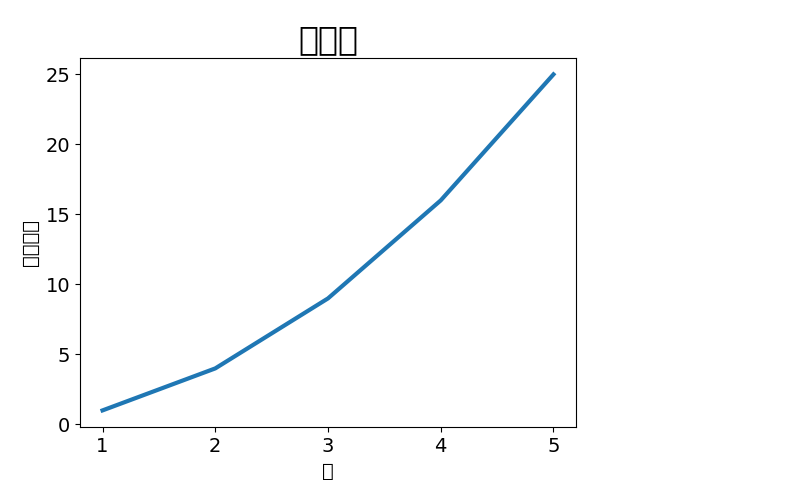
Repository: wh-debug/Matplotlib
Script's output: python make_simply_ployline.py
The author's editor kept a copy of each file at every save. The script's output is drawn from the files as they stood at one save, then again after the next save.
Random numbers start from a fixed seed.

Above is the script's output before, as saved 2021-02-19 21:46:32.

### make_simply_ployline.py
'''
Author: 零到正无穷
Date: 2021-02-19 21:20:37
LastEditTime: 2021-02-19 21:46:32
LastEditors: Please set LastEditors
Description: In User Settings Edit
FilePath: \Matplotlib\make_simply_ployline.py
'''
import matplotlib.pyplot as plt

input_values = [1, 2, 3, 4, 5]
square = [1, 4, 9, 16, 25]
fig, ax = plt.subplots()
ax.plot(input_values, square, linewidth=3)

ax.set_title("平方数", fontsize=24)
ax.set_xlabel("值", fontsize=14)
ax.set_ylabel("值得平方", fontsize=14) #todo 注意label而不是lable

ax.tick_params(axis='both', labelsize=14)

plt.show()

After the next save:
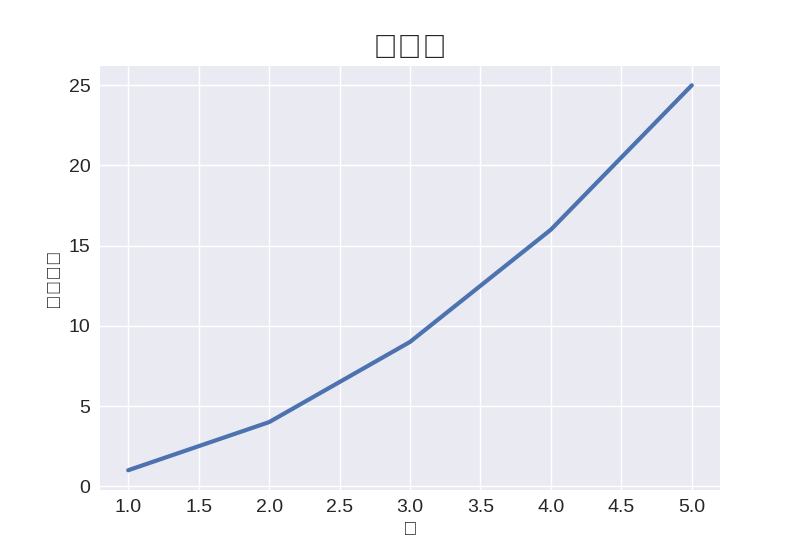
Saved 3 min 33 s later.
--- a/make_simply_ployline.py
+++ b/make_simply_ployline.py
@@ -1,7 +1,7 @@
 '''
 Author: 零到正无穷
 Date: 2021-02-19 21:20:37
-LastEditTime: 2021-02-19 21:46:32
+LastEditTime: 2021-02-19 21:50:05
 LastEditors: Please set LastEditors
 Description: In User Settings Edit
 FilePath: \Matplotlib\make_simply_ployline.py
@@ -10,6 +10,9 @@ import matplotlib.pyplot as plt
 
 input_values = [1, 2, 3, 4, 5]
 square = [1, 4, 9, 16, 25]
+
+plt.style.use('seaborn')
+
 fig, ax = plt.subplots()
 ax.plot(input_values, square, linewidth=3)
 
